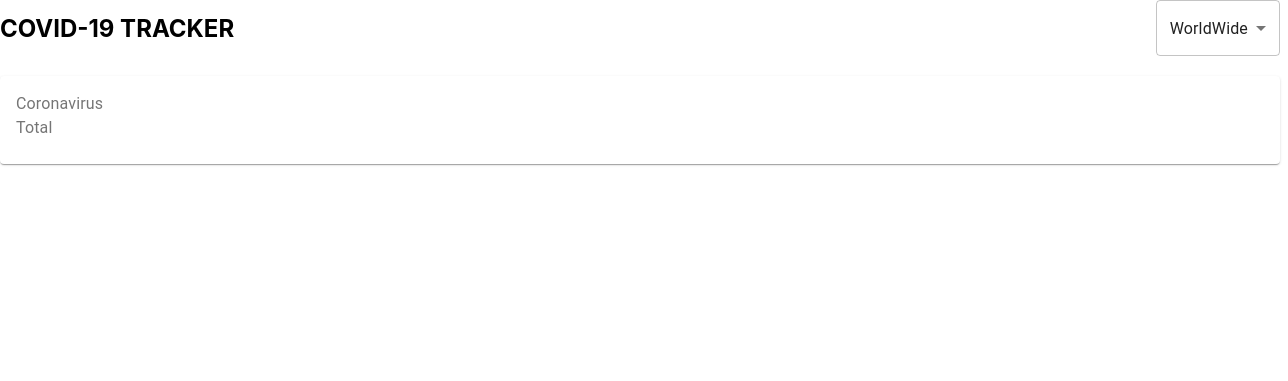
Repository: exiled-kal/2OnProcess
Page: /
An editor plug-in stored every save of this project. The page is shown before and after a run of saves, followed by the edit.
The browser window is 1280 px wide. The page is 1288 px wide, so the pictures cover 1288 px, including what lies to the right of the window. The pictures show the whole page.
The page's requests for data from a server got no answer. The project was rebuilt for these pictures with package versions that can differ from the ones it lists, and the page was loaded fresh each time. No one was signed in, and anything a server would have sent is missing.

Above is the page before, as saved 2020-08-17 15:41:10.

After the next 6 saves:
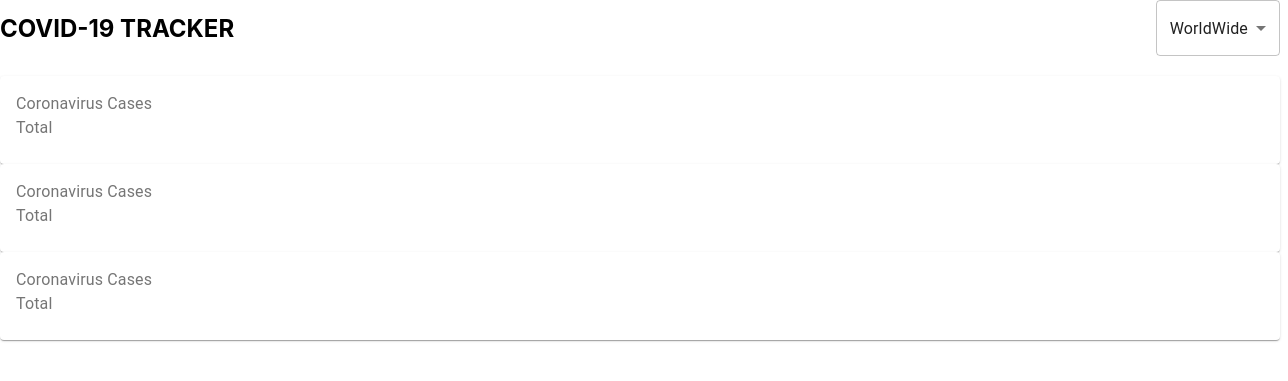
The 6 saves are shown as one change because they came seconds apart.
The last was saved 29 s later.
--- a/src/App.js
+++ b/src/App.js
@@ -45,7 +45,11 @@ function App() {
       </div>
 
       <div className="app__stats">
-      <InfoBox title="Coronavirus"/>
+      <InfoBox title="Coronavirus Cases"/>
+
+      <InfoBox title="Coronavirus Cases"/>
+
+      <InfoBox title="Coronavirus Cases"/>
         {/* Infoboxs title="Coronavirus cases"*/}
         {/* Infoboxs title="Coronavirus recoveries"*/}
       </div>
